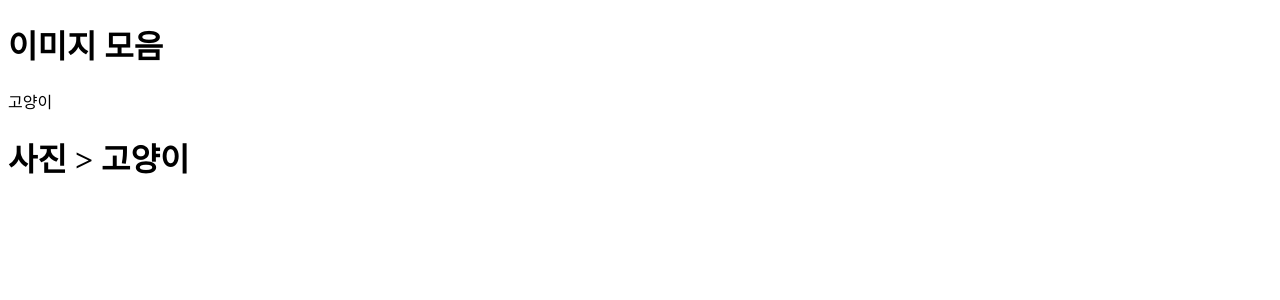
Repository: Hjubong/front-end
Page: ClientTest/src/main/webapp/html/Q008.html
These files come from the project's save history. The page is drawn as it stood at one moment and after the next save; the edit follows.
The browser window is 1280 px wide. The pictures show the whole page.

Above is the page before, as saved 2023-09-22 00:17:30.

### ClientTest/src/main/webapp/html/Q008.html
<!DOCTYPE html>
<html>
<head>
<meta charset="UTF-8">
<title>Insert title here</title>
</head>
<body>
	<h1>이미지 모음</h1>
<p id="title">고양이</p>

<h1 a href="#title"> 사진 > 고양이 </a></h1>
</body>
</html>

After the next save:
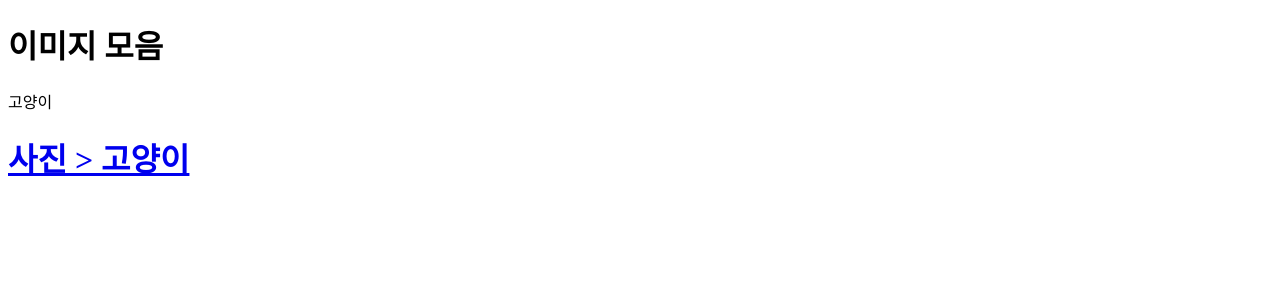
Saved 8 s later.
--- a/ClientTest/src/main/webapp/html/Q008.html
+++ b/ClientTest/src/main/webapp/html/Q008.html
@@ -8,6 +8,6 @@
 	<h1>이미지 모음</h1>
 <p id="title">고양이</p>
 
-<h1 a href="#title"> 사진 > 고양이 </a></h1>
+<h1><a href="#title"> 사진 > 고양이 </a></h1>
 </body>
 </html>
